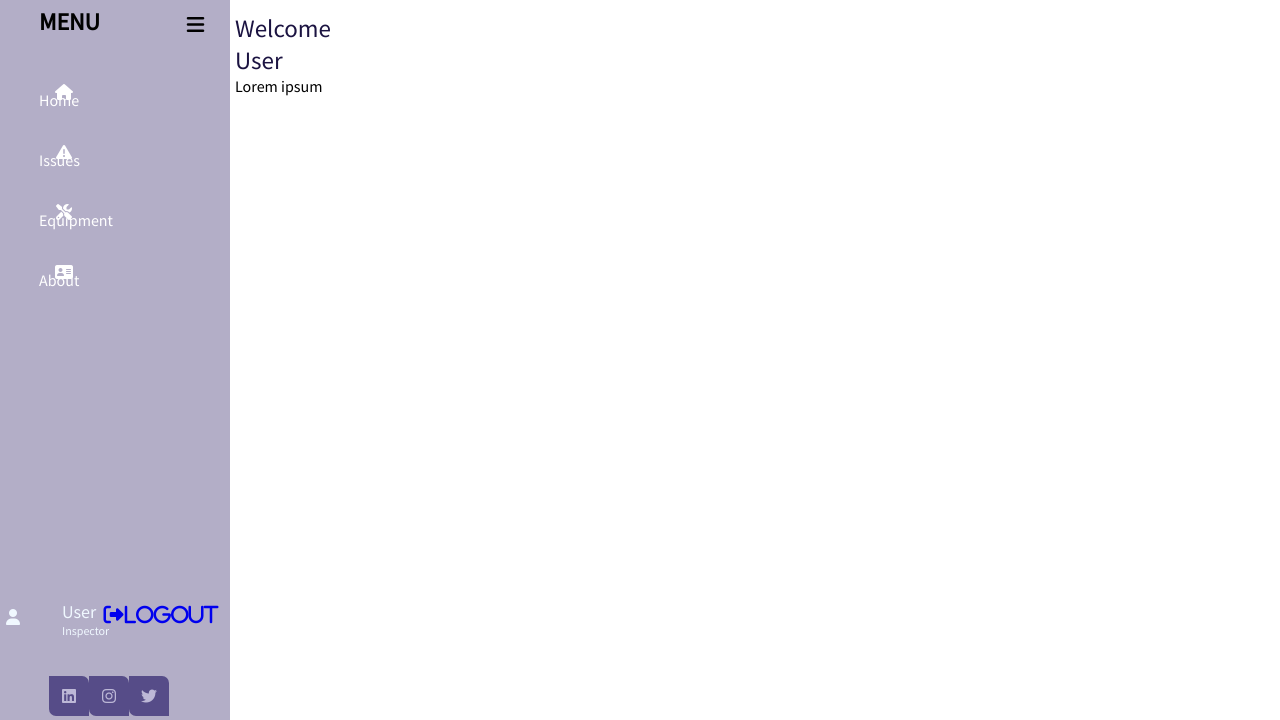
Repository: Lungdjos/ZescoIssueTS
Page: zits/src/main/resources/templates/about_us.html
The author's editor kept a copy of each file at every save. The page is drawn from the files as they stood at one save, then again after a run of saves.
The browser window is 1280 px wide. The pictures show the whole page.
Some web libraries are served in a nearby version.

Above is the page before, as saved 2021-07-10 04:42:51.

After the next 5 saves:
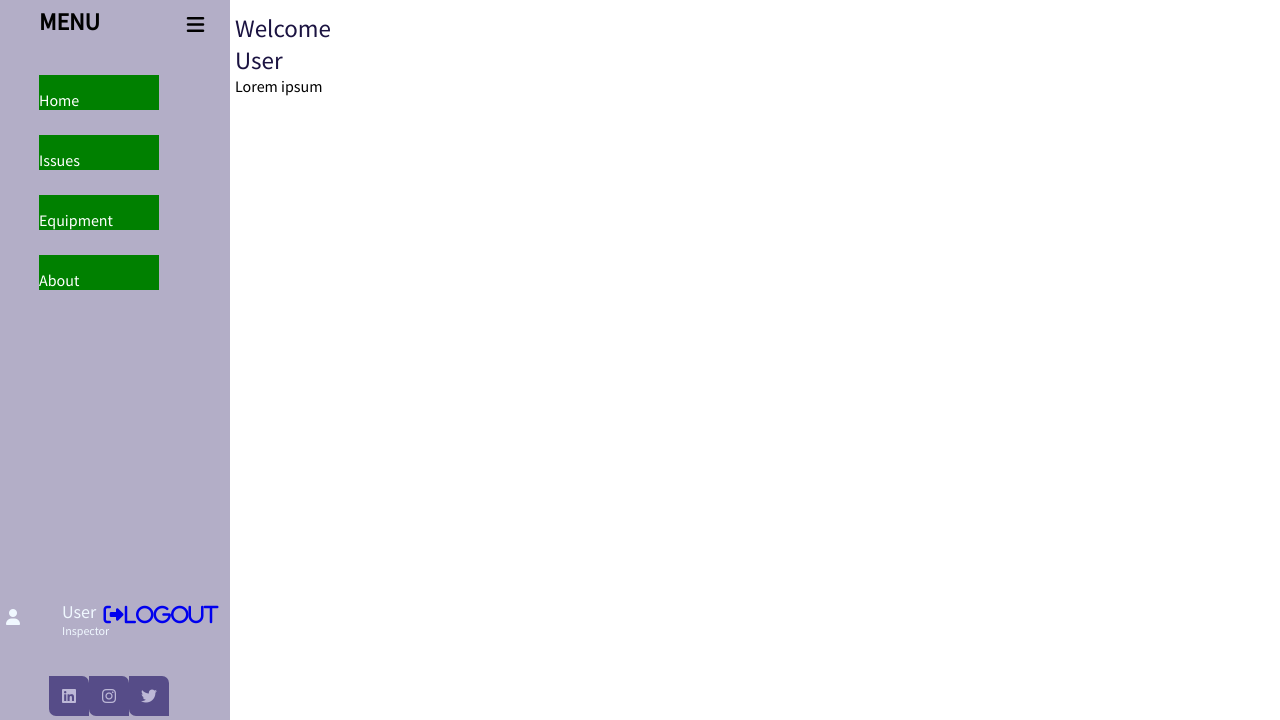
The 5 saves are shown as one change because they came seconds apart.
The last was saved 22 s later.
--- a/zits/src/main/resources/templates/css/styles.css
+++ b/zits/src/main/resources/templates/css/styles.css
@@ -100,7 +100,7 @@
     position: absolute;
     height: 35px;
     width: 120px;
-    background:
+    background: green;
 }
 
 .sidebar ul li a:hover {
